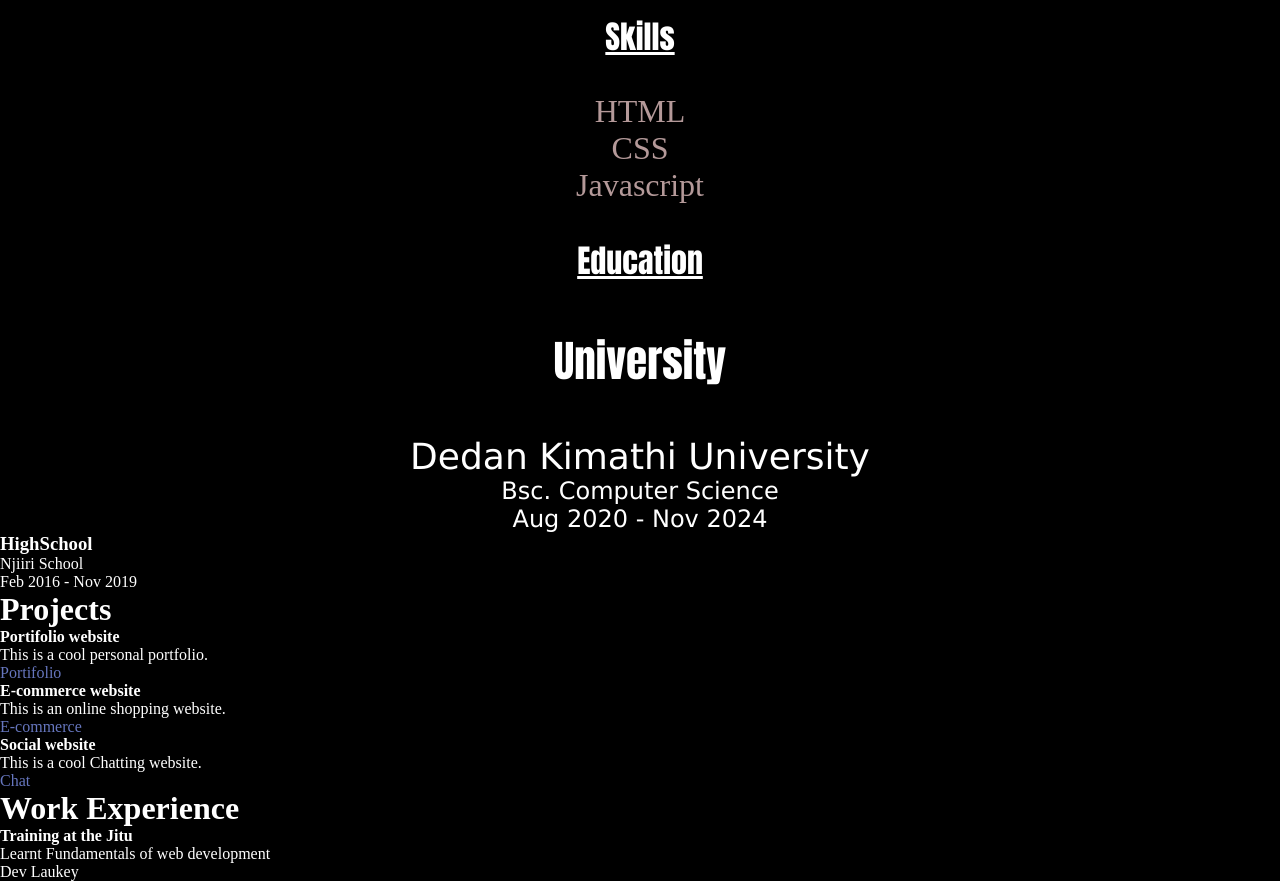
Repository: LaukeyMwaura/Jitu-Day-2
Page: index.html
These files come from the project's save history. The page is drawn as it stood at one moment and after the next save; the edit follows.
The browser window is 1280 px wide. The pictures show the part of the page from y = 640 to 1521 px (the page is 1521 px tall before and 1508 px after).
A picture or video elsewhere on the page could not be fetched, so the positions and the page height are approximate.

Above is the page before, as saved 2022-05-12 00:35:30.

After the next save:
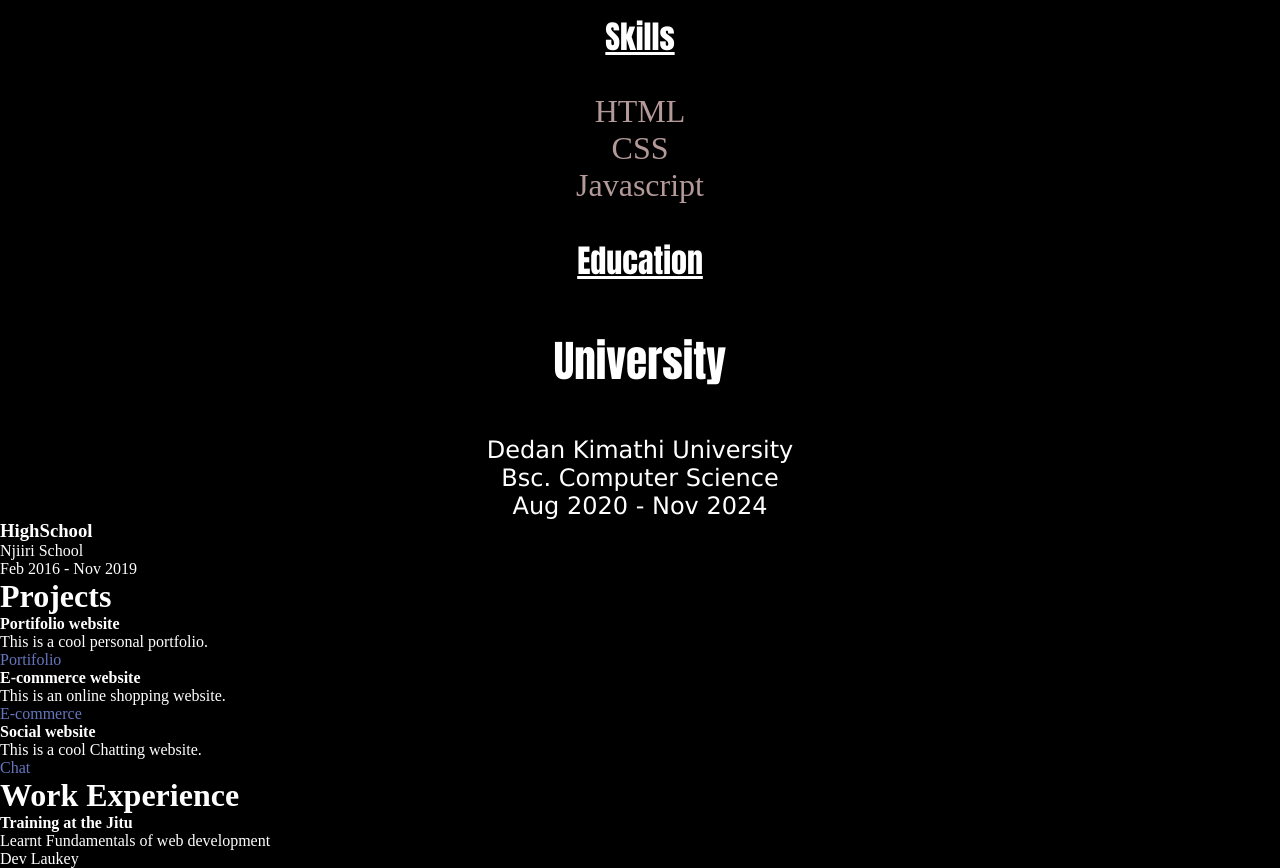
Saved 4 s later.
--- a/index.html
+++ b/index.html
@@ -60,7 +60,7 @@
       <h1 class="heading">Education</h1>
       <div class="text">
         <h1 class="subheading">University</h1>
-        <p class="text">Dedan Kimathi University</p>
+        <p class="">Dedan Kimathi University</p>
         <p>Bsc. Computer Science</p>
         <p>Aug 2020 - Nov 2024</p>
       </div>
